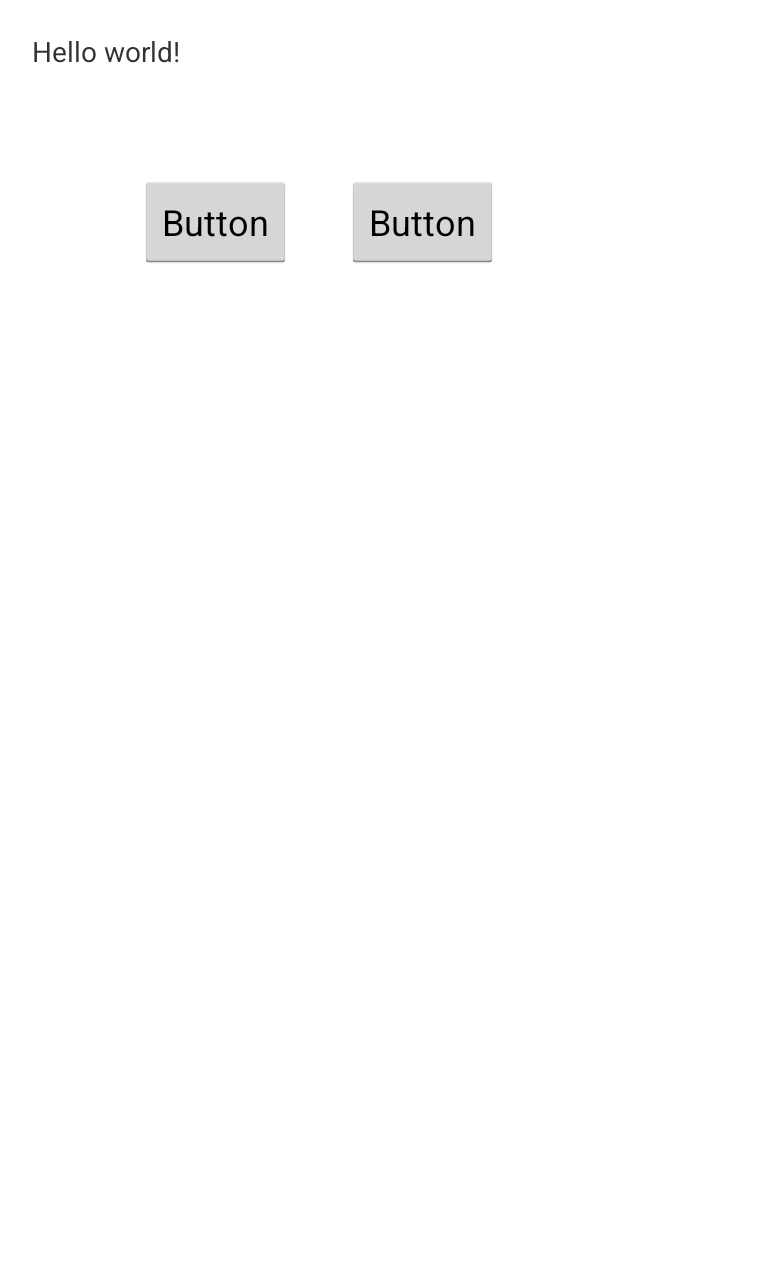
Repository: mryan23/TexasHoldem
Layout: PokerGame/res/layout/activity_select_role.xml
An editor plug-in stored every save of this project. The layout is shown before and after the next save, followed by the edit.
It is drawn on a 768 x 1280 px phone screen (xhdpi) without system bars, with theme AppTheme; the app's code is not run.

Above is the layout before, as saved 2013-07-13 04:58:47.

After the next save:
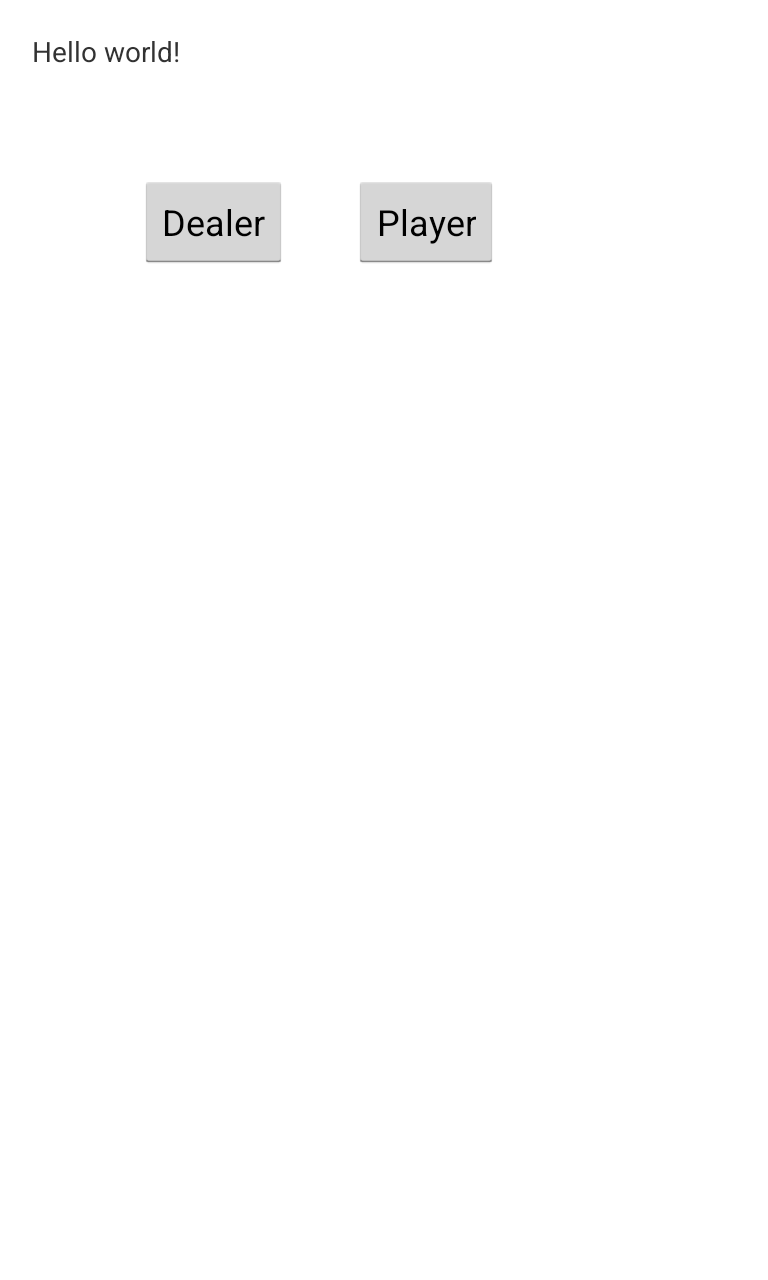
Saved 14 s later.
--- a/PokerGame/res/layout/activity_select_role.xml
+++ b/PokerGame/res/layout/activity_select_role.xml
@@ -22,16 +22,16 @@
         android:layout_below="@+id/textView1"
         android:layout_marginLeft="53dp"
         android:layout_marginTop="52dp"
-        android:text="Button" />
+        android:text="Dealer" />
 
     <Button
-        android:id="@+id/button2"
+        android:id="@+id/playerRoleButton"
         android:layout_width="wrap_content"
         android:layout_height="wrap_content"
         android:layout_alignBaseline="@+id/dealerRoleButton"
         android:layout_alignBottom="@+id/dealerRoleButton"
         android:layout_alignParentRight="true"
         android:layout_marginRight="118dp"
-        android:text="Button" />
+        android:text="Player" />
 
 </RelativeLayout>
